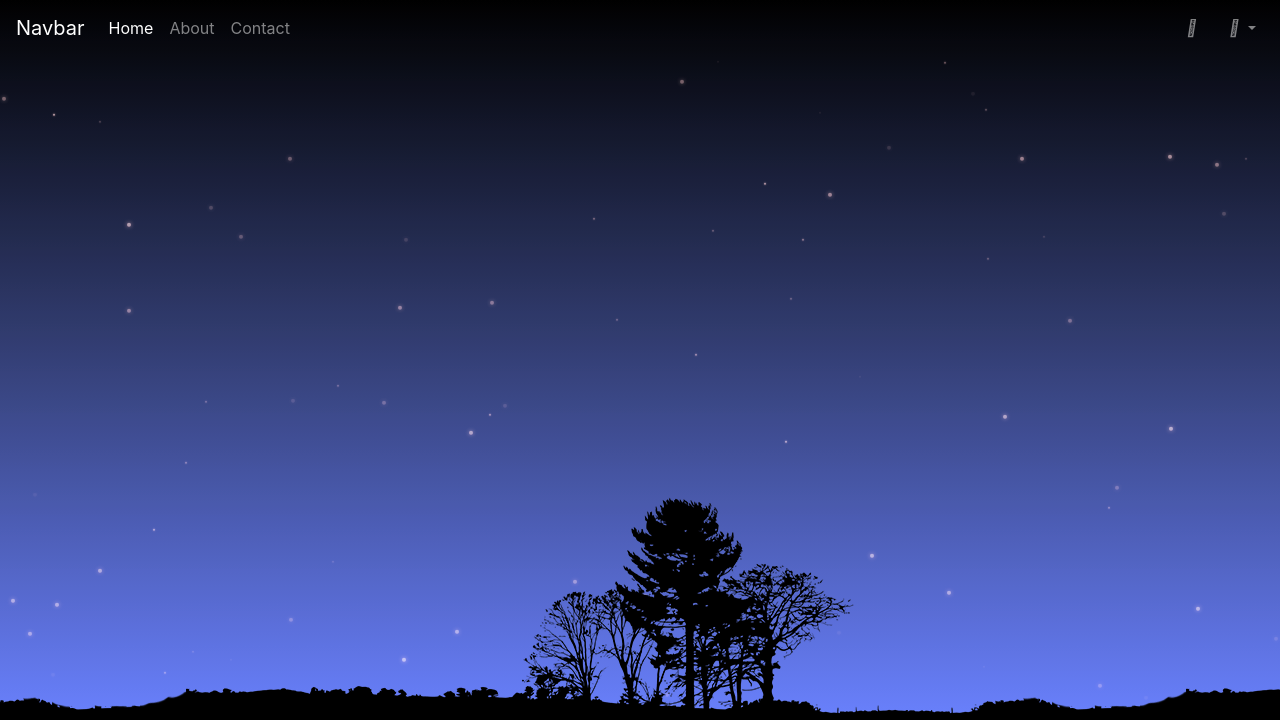
Repository: TiffanyDonner/animated-start-background
Page: index.html
The author's editor kept a record of every edit. The page is drawn from the files as they stood at one moment, then again after the next edit.
The browser window is 1280 px wide. The pictures show the whole page.

Above is the page before.

### index.html
<!DOCTYPE html>
<html lang="en">

<head>
  <meta charset="UTF-8">
  <title>Tiffany Donner - Entrepreneur, Sales Coach and Full Stack Developer</title>
  <link rel="stylesheet" href="https://stackpath.bootstrapcdn.com/bootstrap/4.3.1/css/bootstrap.min.css" type="text/css" />
  <link rel="stylesheet" href="https://maxcdn.bootstrapcdn.com/font-awesome/4.7.0/css/font-awesome.min.css" type="text/css" />
  <link rel="stylesheet" href="./style.css">

</head>

<body>

  <!--Navbar -->
  <nav class="mb-1 navbar navbar-expand-lg navbar-dark default-color">
    <a class="navbar-brand" href="#">Navbar</a>
    <button class="navbar-toggler" type="button" data-toggle="collapse" data-target="#navbarSupportedContent-333" aria-controls="navbarSupportedContent-333" aria-expanded="false" aria-label="Toggle navigation">
    <span class="navbar-toggler-icon"></span>
  </button>
    <div class="collapse navbar-collapse" id="navbarSupportedContent-333">
      <ul class="navbar-nav mr-auto">
        <li class="nav-item active">
          <a class="nav-link" href="#">Home
          <span class="sr-only">(current)</span>
        </a>
        </li>
        <li class="nav-item">
          <a class="nav-link" href="#">About</a>
        </li>
        <li class="nav-item">
          <a class="nav-link" href="#">Contact</a>
        </li>
      </ul>
      <ul class="navbar-nav ml-auto nav-flex-icons">
        <li class="nav-item">
          <a class="nav-link waves-effect waves-light">
          <i class="fab fa-twitter"></i>
        </a>
        </li>
        <li class="nav-item">
          <a class="nav-link waves-effect waves-light">
          <i class="fab fa-google-plus-g"></i>
        </a>
        </li>
        <li class="nav-item dropdown">
          <a class="nav-link dropdown-toggle" id="navbarDropdownMenuLink-333" data-toggle="dropdown" aria-haspopup="true" aria-expanded="false">
          <i class="fas fa-user"></i>
        </a>
          <div class="dropdown-menu dropdown-menu-right dropdown-default" aria-labelledby="navbarDropdownMenuLink-333">
            <a class="dropdown-item" href="#">Action</a>
            <a class="dropdown-item" href="#">Another action</a>
            <a class="dropdown-item" href="#">Something else here</a>
          </div>
        </li>
      </ul>
    </div>
  </nav>
  <!--/.Navbar End -->

  <!--Background Animation partial:index.partial.html -->
  <div class="landscape"></div>
  <div class="filter"></div>
  <canvas id="canvas"></canvas>
  <!-- partial -->
  <script src='https://codepen.io/Thibka/pen/ZKeddV.js'></script>
  <script src="./script.js"></script>
  <!--Background Animation End -->



</body>

</html>

### script.js
function Star(id, x, y) {
	this.id = id;
	this.x = x;
	this.y = y;
	this.r = Math.floor(Math.random() * 2) + 1;
	var alpha = (Math.floor(Math.random() * 10) + 1) / 10 / 2;
	this.color = "rgba(255,255,255," + alpha + ")";
}

Star.prototype.draw = function() {
	ctx.fillStyle = this.color;
	ctx.shadowBlur = this.r * 2;
	ctx.beginPath();
	ctx.arc(this.x, this.y, this.r, 0, 2 * Math.PI, false);
	ctx.closePath();
	ctx.fill();
}

Star.prototype.move = function() {
	this.y -= .15 + params.backgroundSpeed / 100;
	if (this.y <= -10) this.y = HEIGHT + 10;
	this.draw();
}


function Dot(id, x, y, r) {
	this.id = id;
	this.x = x;
	this.y = y;
	this.r = Math.floor(Math.random() * 5) + 1;
	this.maxLinks = 2;
	this.speed = .5;
	this.a = .5;
	this.aReduction = .005;
	this.color = "rgba(255,255,255," + this.a + ")";
	this.linkColor = "rgba(255,255,255," + this.a / 4 + ")";

	this.dir = Math.floor(Math.random() * 140) + 200;
}

Dot.prototype.draw = function() {
	ctx.fillStyle = this.color;
	ctx.shadowBlur = this.r * 2;
	ctx.beginPath();
	ctx.arc(this.x, this.y, this.r, 0, 2 * Math.PI, false);
	ctx.closePath();
	ctx.fill();
}

Dot.prototype.link = function() {
	if (this.id == 0) return;
	var previousDot1 = getPreviousDot(this.id, 1);
	var previousDot2 = getPreviousDot(this.id, 2);
	var previousDot3 = getPreviousDot(this.id, 3);
	if (!previousDot1) return;
	ctx.strokeStyle = this.linkColor;
	ctx.moveTo(previousDot1.x, previousDot1.y);
	ctx.beginPath();
	ctx.lineTo(this.x, this.y);
	if (previousDot2 != false) ctx.lineTo(previousDot2.x, previousDot2.y);
	if (previousDot3 != false) ctx.lineTo(previousDot3.x, previousDot3.y);
	ctx.stroke();
	ctx.closePath();
}

function getPreviousDot(id, stepback) {
	if (id == 0 || id - stepback < 0) return false;
	if (typeof dots[id - stepback] != "undefined") return dots[id - stepback];
	else return false; //getPreviousDot(id - stepback);
}

Dot.prototype.move = function() {
	this.a -= this.aReduction;
	if (this.a <= 0) {
		this.die();
		return
	}
	this.color = "rgba(255,255,255," + this.a + ")";
	this.linkColor = "rgba(255,255,255," + this.a / 4 + ")";
	this.x = this.x + Math.cos(degToRad(this.dir)) * (this.speed + params.dotsSpeed / 100),
		this.y = this.y + Math.sin(degToRad(this.dir)) * (this.speed + params.dotsSpeed / 100);

	this.draw();
	this.link();
}

Dot.prototype.die = function() {
	dots[this.id] = null;
	delete dots[this.id];
}


var canvas = document.getElementById('canvas'),
	ctx = canvas.getContext('2d'),
	WIDTH,
	HEIGHT,
	mouseMoving = false,
	mouseMoveChecker,
	mouseX,
	mouseY,
	stars = [],
	initStarsPopulation = 80,
	dots = [],
	dotsMinDist = 2,
	params = {
		maxDistFromCursor: 50,
		dotsSpeed: 0,
		backgroundSpeed: 0
	};
//---------------------------------------Controller for speed and size
//var gui;
//gui = new dat.GUI();
//gui.add(params, 'maxDistFromCursor').min(0).max(100).step(10).name('Size');
//gui.add(params, 'dotsSpeed').min(0).max(100).step(.5).name('Speed');
//gui.add(params, 'backgroundSpeed').min(0).max(150).step(1).name('Sky speed');
//gui.open();

setCanvasSize();
init();


function setCanvasSize() {
	WIDTH = document.documentElement.clientWidth,
		HEIGHT = document.documentElement.clientHeight;

	canvas.setAttribute("width", WIDTH);
	canvas.setAttribute("height", HEIGHT);
}

function init() {
	ctx.strokeStyle = "white";
	ctx.shadowColor = "white";
	for (var i = 0; i < initStarsPopulation; i++) {
		stars[i] = new Star(i, Math.floor(Math.random() * WIDTH), Math.floor(Math.random() * HEIGHT));
		//stars[i].draw();
	}
	ctx.shadowBlur = 0;
	animate();
}

function animate() {
ctx.clearRect(0, 0, WIDTH, HEIGHT);

for (var i in stars) {
stars[i].move();
	}
for (var i in dots) {
		dots[i].move();
	}
	drawIfMouseMoving();
	requestAnimationFrame(animate);
}

window.onmousemove = function(e) {
	mouseMoving = true;
	mouseX = e.clientX;
	mouseY = e.clientY;
	clearInterval(mouseMoveChecker);
	mouseMoveChecker = setTimeout(function() {
		mouseMoving = false; //--------------stops animation when mouse exits.
	}, 100);
}


function drawIfMouseMoving() {
	if (!mouseMoving) return;

	if (dots.length == 0) {
		dots[0] = new Dot(0, mouseX, mouseY);
		dots[0].draw();
		return;
	}

	var previousDot = getPreviousDot(dots.length, 1);
	var prevX = previousDot.x;
	var prevY = previousDot.y;

	var diffX = Math.abs(prevX - mouseX);
	var diffY = Math.abs(prevY - mouseY);

	if (diffX < dotsMinDist || diffY < dotsMinDist) return;

	var xVariation = Math.random() > .5 ? -1 : 1;
	xVariation = xVariation * Math.floor(Math.random() * params.maxDistFromCursor) + 1;
	var yVariation = Math.random() > .5 ? -1 : 1;
	yVariation = yVariation * Math.floor(Math.random() * params.maxDistFromCursor) + 1;
	dots[dots.length] = new Dot(dots.length, mouseX + xVariation, mouseY + yVariation);
	dots[dots.length - 1].draw();
	dots[dots.length - 1].link();
}
//setInterval(drawIfMouseMoving, 17);

//-------------------------------------------stopped star animation. No movement on screen.
function degToRad(deg) {
	return deg * (Math.PI / 180);
}

Loaded but not shown: style.css (library)

After the next edit:
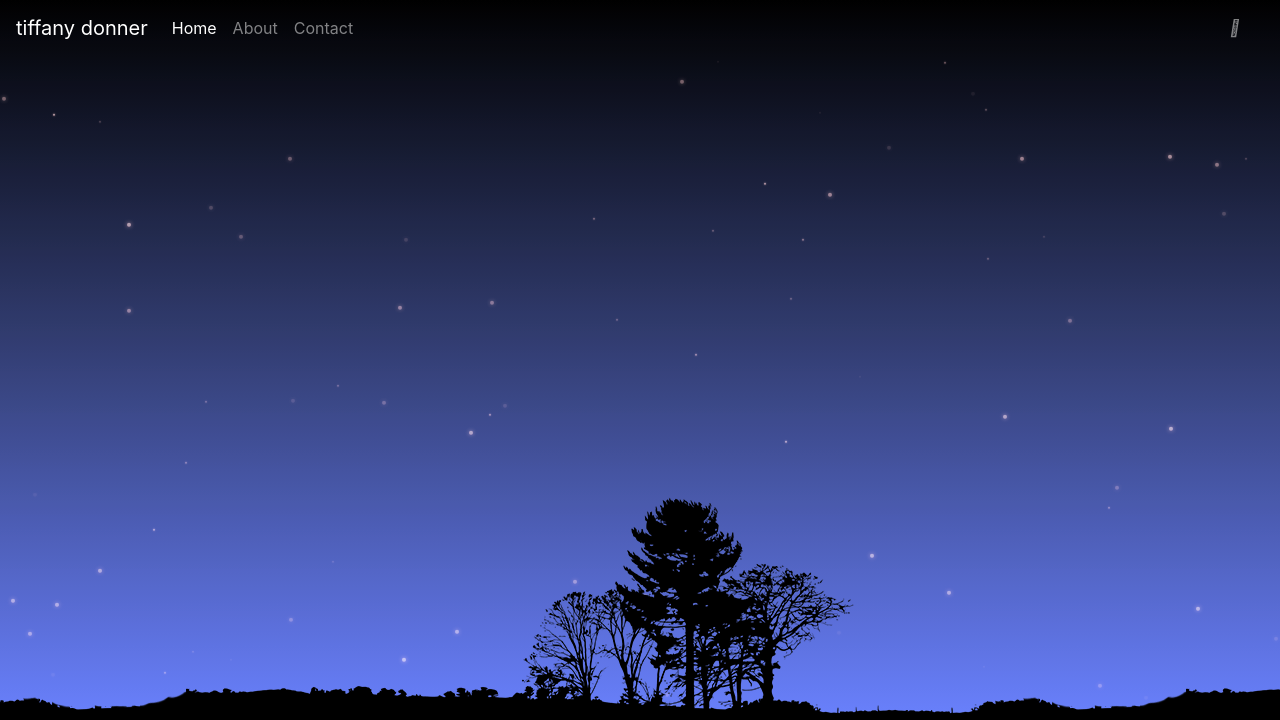
The edit:
--- a/index.html
+++ b/index.html
@@ -14,7 +14,7 @@
 
   <!--Navbar -->
   <nav class="mb-1 navbar navbar-expand-lg navbar-dark default-color">
-    <a class="navbar-brand" href="#">Navbar</a>
+    <a class="navbar-brand" href="#">tiffany donner</a>
     <button class="navbar-toggler" type="button" data-toggle="collapse" data-target="#navbarSupportedContent-333" aria-controls="navbarSupportedContent-333" aria-expanded="false" aria-label="Toggle navigation">
     <span class="navbar-toggler-icon"></span>
   </button>
@@ -43,16 +43,7 @@
           <i class="fab fa-google-plus-g"></i>
         </a>
         </li>
-        <li class="nav-item dropdown">
-          <a class="nav-link dropdown-toggle" id="navbarDropdownMenuLink-333" data-toggle="dropdown" aria-haspopup="true" aria-expanded="false">
-          <i class="fas fa-user"></i>
-        </a>
-          <div class="dropdown-menu dropdown-menu-right dropdown-default" aria-labelledby="navbarDropdownMenuLink-333">
-            <a class="dropdown-item" href="#">Action</a>
-            <a class="dropdown-item" href="#">Another action</a>
-            <a class="dropdown-item" href="#">Something else here</a>
-          </div>
-        </li>
+
       </ul>
     </div>
   </nav>
